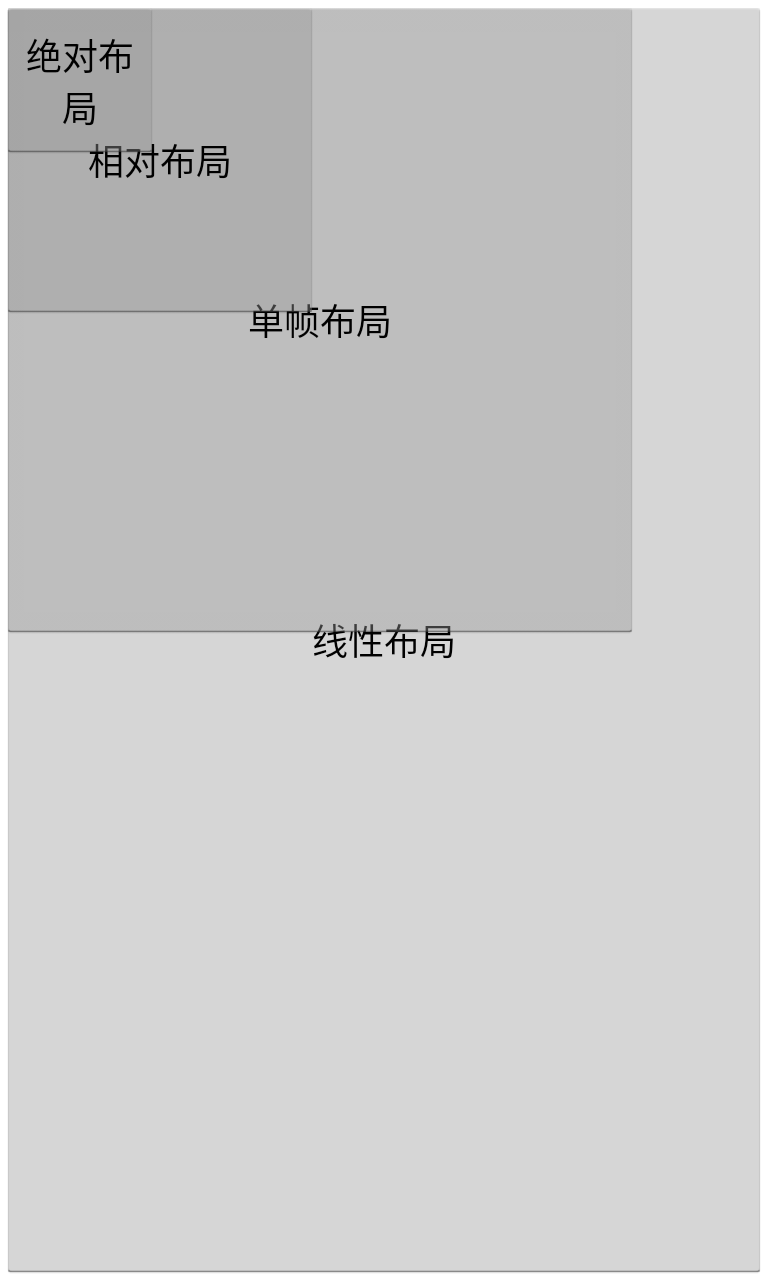
Repository: treizeor/android-examples
Layout: Ch003Layouts/res/layout/framelayout_main.xml
These files come from the project's save history. The layout is drawn as it stood at one moment and after the next save; the edit follows.
It is drawn on a 768 x 1280 px phone screen (xhdpi) without system bars, with theme AppTheme; the app's code is not run.

Above is the layout before, as saved 2014-06-02 02:54:15.

After the next save:
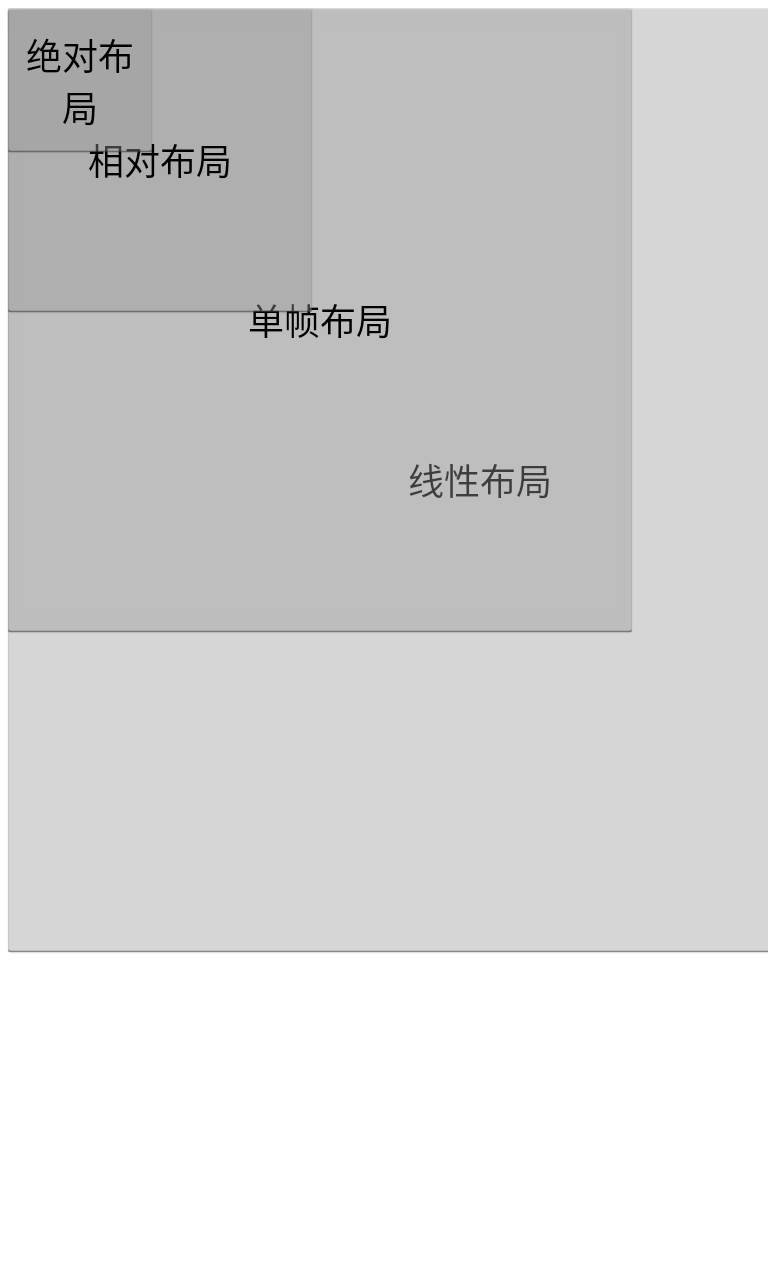
Saved 33 s later.
--- a/Ch003Layouts/res/layout/framelayout_main.xml
+++ b/Ch003Layouts/res/layout/framelayout_main.xml
@@ -6,8 +6,8 @@
 
     <Button
         android:id="@+id/linear"
-        android:layout_width="match_parent"
-        android:layout_height="match_parent"
+        android:layout_width="480dp"
+        android:layout_height="480dp"
         android:text="@string/linear" />
 
     <Button
